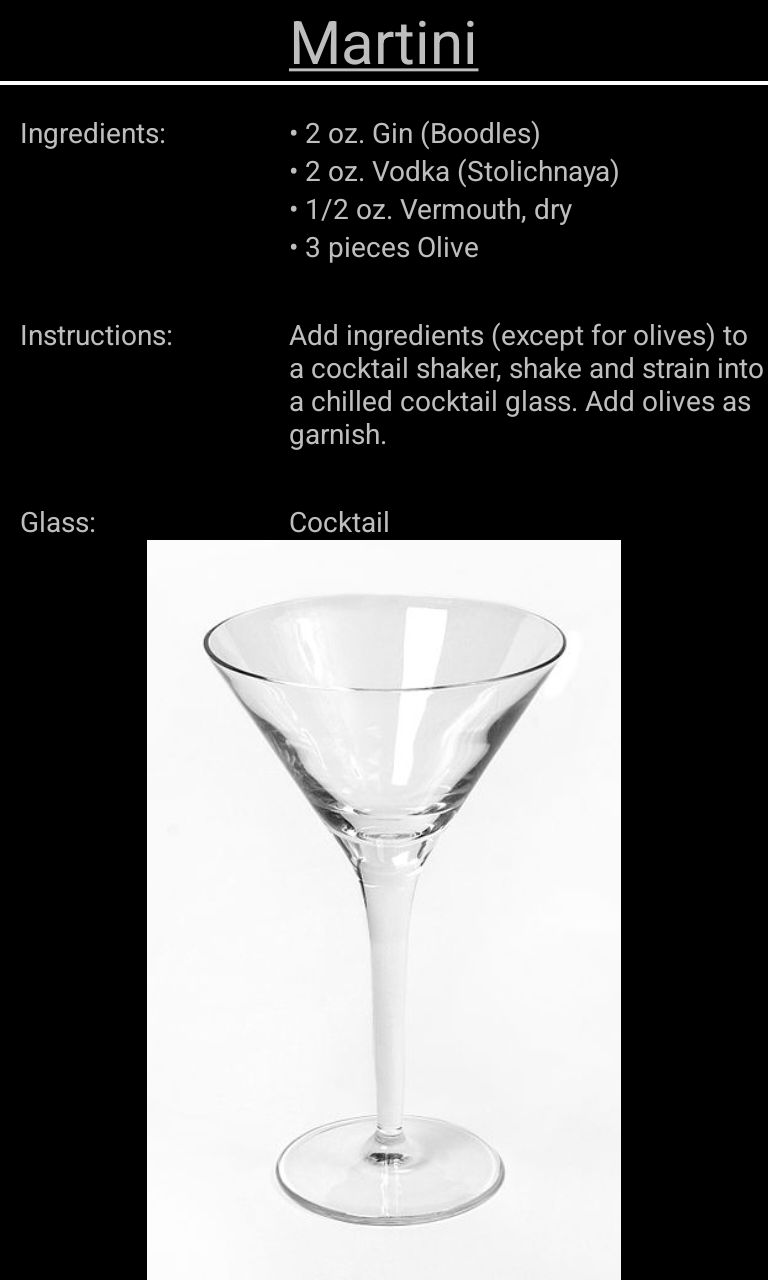
Repository: caltangelo/Drinkables
Layout: CocktailView/res/layout/main.xml
The author's editor kept a copy of each file at every save. The layout is drawn from the files as they stood at one save, then again after the next save.
It is drawn on a 768 x 1280 px phone screen (xhdpi) without system bars, with theme android:Theme; the app's code is not run.

Above is the layout before, as saved 2011-09-22 21:22:32.

After the next save:
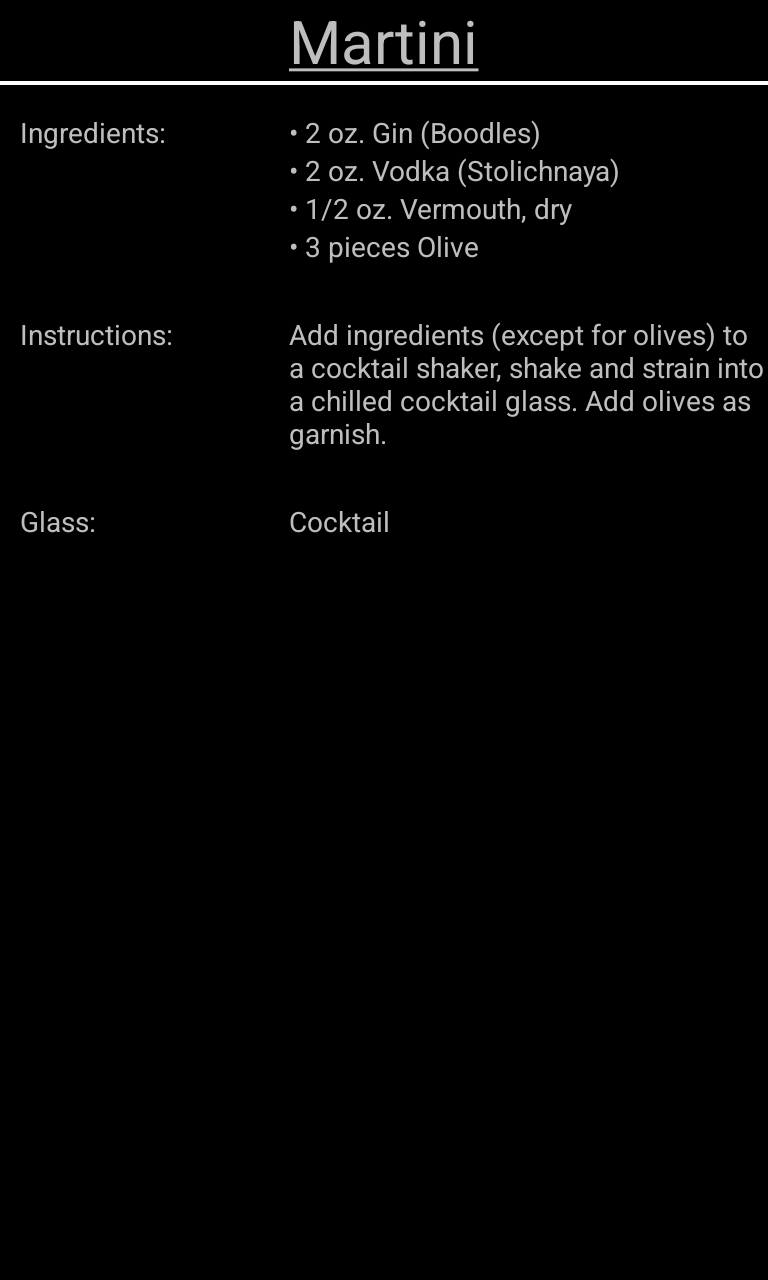
Saved 66 s later.
--- a/CocktailView/res/layout/main.xml
+++ b/CocktailView/res/layout/main.xml
@@ -61,9 +61,5 @@
 		android:layout_toRightOf="@id/glass_label" android:text="@string/drink_glass"
 		android:layout_height="wrap_content" android:layout_width="wrap_content"
 		android:layout_alignTop="@id/glass_label" android:layout_alignLeft="@+id/drinkname" />
-	<ImageView android:layout_height="wrap_content" android:id="@+id/imageView1"
-		android:src="@drawable/cocktail_glass" android:layout_width="wrap_content"
-		android:layout_alignParentBottom="true" android:layout_below="@+id/glass_type"
-		android:layout_alignParentRight="true" />
 
 </RelativeLayout>

After the save that followed:
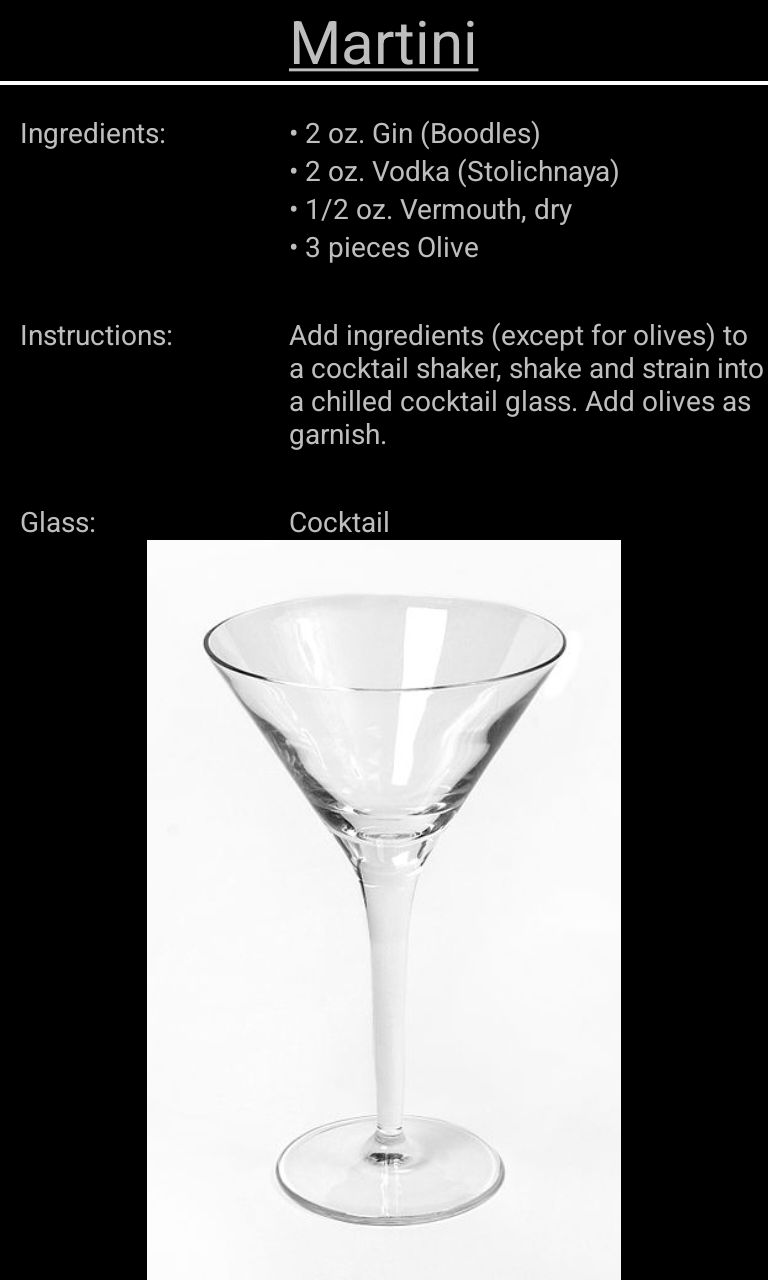
Saved 43 s later.
--- a/CocktailView/res/layout/main.xml
+++ b/CocktailView/res/layout/main.xml
@@ -61,5 +61,6 @@
 		android:layout_toRightOf="@id/glass_label" android:text="@string/drink_glass"
 		android:layout_height="wrap_content" android:layout_width="wrap_content"
 		android:layout_alignTop="@id/glass_label" android:layout_alignLeft="@+id/drinkname" />
+	<ImageView android:layout_height="wrap_content" android:id="@+id/imageView1" android:src="@drawable/cocktail_glass" android:layout_width="wrap_content" android:layout_centerHorizontal="true" android:layout_below="@+id/glass_label"></ImageView>
 
 </RelativeLayout>
